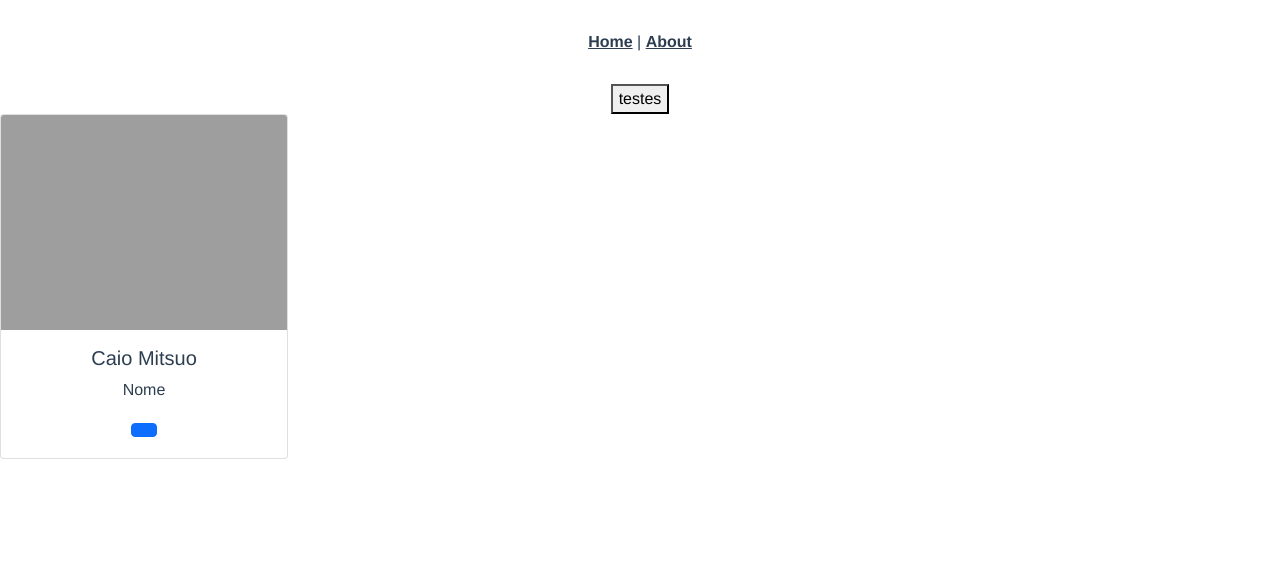
Repository: caiomitsuo/ContactsVueJs
Page: /lista
The author's editor kept a copy of each file at every save. The page is drawn from the files as they stood at one save, then again after a run of saves.
The browser window is 1280 px wide. The pictures show the whole page.
Pictures or frames that could not be fetched are drawn as grey boxes. The page's requests for data from a server got no answer. The project was rebuilt for these pictures with package versions that can differ from the ones it lists, and the page was loaded fresh each time. No one was signed in, and anything a server would have sent is missing. Also part of the build but not shown: vue.config.js, src/components/HelloWorld.vue, src/views/HomeView.vue.

Above is the page before, as saved 2022-04-30 12:27:17.

After the next 2 saves:
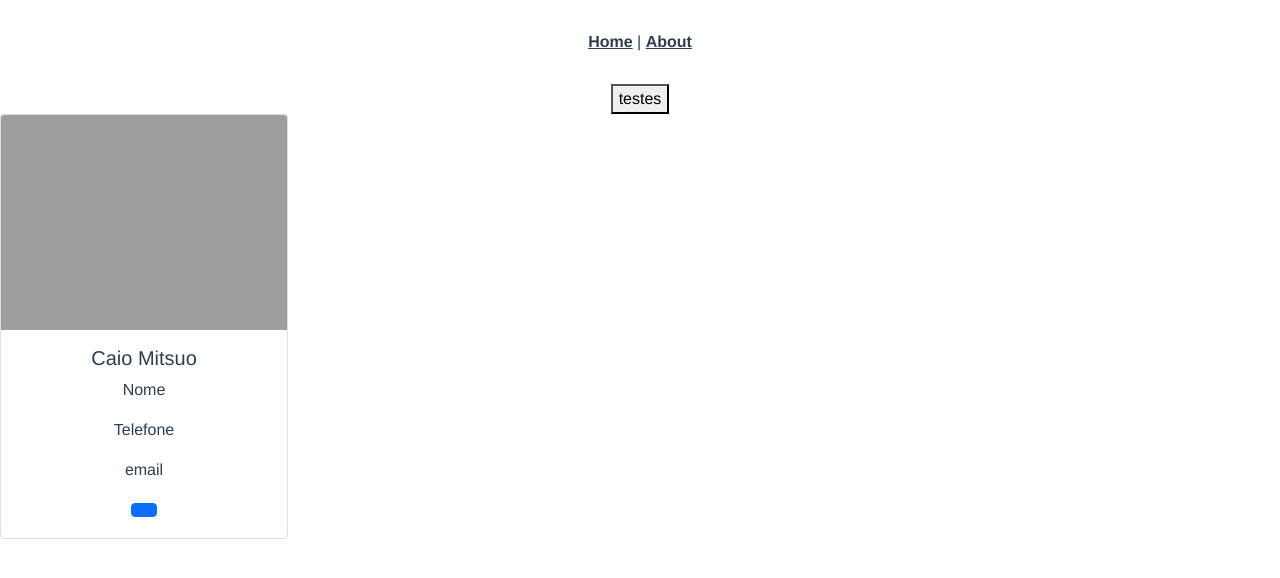
The 2 saves are shown as one change because they came seconds apart.
The last was saved 7 s later.
--- a/src/views/ListView.vue
+++ b/src/views/ListView.vue
@@ -6,8 +6,8 @@
         <div class="card-body">
     <h5 class="card-title">Caio Mitsuo</h5>
     <p class="card-text">Nome</p>
-    <p class="card-text"></p>
-    <p class="card-text"></p>
+    <p class="card-text">Telefone</p>
+    <p class="card-text">email</p>
     <a href="#" class="btn btn-primary"></a>
   </div>
     </div>
